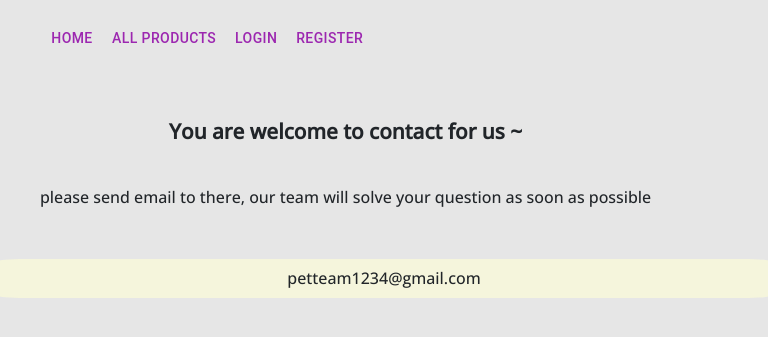
Repository: dzwfighting/pet
Page: /contact
These files come from the project's save history. The page is drawn as it stood at one moment and after the next save; the edit follows.
The browser window is 768 px wide. The pictures show the whole page.
The project was rebuilt for these pictures with package versions that can differ from the ones it lists, and the page was loaded fresh each time. Also part of the build but not shown: src/components/homeComponent.js, src/components/Layout.js, src/components/checkoutComponent.js, src/fake-data/products.js, src/styles/css/cart.css, src/components/ShopCartComponent.js, src/components/productsDetail.js, src/manipulate/checkValid.js and 10 more.

Above is the page before, as saved 2023-08-20 10:22:04.

### src/index.js
import React from "react";
import ReactDOM from "react-dom/client";
import "./index.css";
import App from "./App";
import { Provider } from "react-redux";
import store from "./manipulate/store";
import reportWebVitals from "./reportWebVitals";

const root = ReactDOM.createRoot(document.getElementById("root"));
root.render(
  <Provider store={store}>
    <React.StrictMode>
      <App />
    </React.StrictMode>
  </Provider>
);

// If you want to start measuring performance in your app, pass a function
// to log results (for example: reportWebVitals(console.log))
// or send to an analytics endpoint. Learn more: https://bit.ly/CRA-vitals
reportWebVitals();

### src/App.js
import "./App.css";
import { BrowserRouter, Routes, Route } from "react-router-dom";
import Layout from "./components/Layout";
import Checkout from "./components/checkoutComponent";
import ShopCart from "./components/ShopCartComponent";
import ProductsDetail from "./components/productsDetail";
import Register from "./components/Register";
import Login from "./components/Login";
import Error from "./components/Error";
import Collections from "./components/Collections";
import Contactus from "./components/Contactus";
import Products from "./components/Products";

function App() {
  return (
    <BrowserRouter>
      <Routes>
        <Route path="/" element={<Layout />} />
        <Route path="checkout" element={<Checkout />} />
        <Route path="shopcart" element={<ShopCart />} />
        <Route path="contact" element={<Contactus />} />
        <Route path="products" element={<Products />} />
        <Route path="products/:id" element={<ProductsDetail />} />
        <Route path="register" element={<Register />} />
        <Route path="login" element={<Login />} />
        <Route path="error/:message" element={<Error />} />
        <Route path="collections" element={<Collections />} />
      </Routes>
    </BrowserRouter>
  );
}

export default App;

### src/manipulate/store.js
import { createStore } from "redux";
import rootReducer from "./reducer";

export default createStore(rootReducer);

### src/components/Contactus.js
import React from "react";
import NavComponent from "./navComponent";
import Container from "react-bootstrap/Container";
import Row from "react-bootstrap/Row";
import Col from "react-bootstrap/Col";
import "../styles/css/contact.css";
import cat11 from "../styles/images/cat11-removebg-preview.png";

const Contactus = () => {
  return (
    <div>
      <NavComponent />
      <div className="contactContainerSet">
        <h3>You are welcome to contact for us ~</h3>
        <p>
          please send email to there, our team will solve your question as soon
          as possible
        </p>
        <div className="emailBlock">petteam1234@gmail.com</div>
      </div>
    </div>
  );
};

export default Contactus;

### src/manipulate/reducer.js
import users from "../fake-data/users";

const initialState = {
  curUser: null,
  // cartItems: [],
  // totalQuantity: 0,
  // totalAmount: 0,
  // collectItems: [],
};

const rootReducer = (state = initialState, action) => {
  switch (action.type) {
    case "LOGIN":
      return {
        ...state,
        curUser: action.payload,
      };
    case "LOGOUT":
      return {
        ...state,
        curUser: null,
      };
    case "REGISTER":
      users.push(action.payload);
      return {
        ...state,
        curUser: action.payload,
      };
    // case "ADDCART":
    //   const newItem = action.payload;
    //   const existItem = state.cartItems.find((item) => item.id === newItem.id);
    //   state.totalQuantity++;
    //   if (!existItem) {
    //     state.cartItems.push({
    //       id: newItem.id,
    //       title: newItem.title,
    //       iamge: newItem.image,
    //       price: newItem.price,
    //       quantity: 1,
    //       totalPrice: newItem.price,
    //     });
    //   } else {
    //     existItem.quantity++;
    //     existItem.totalPrice =
    //       Number(existItem.totalPrice) + Number(newItem.price);
    //   }

    //   state.totalAmount = state.cartItems.reduce(
    //     (total, item) => total + Number(item.price) * Number(item.quantity),
    //     0
    //   );
  }
  return state;
};
export default rootReducer;

### src/components/navComponent.js
import React, { useEffect } from "react";
import { Link, useNavigate } from "react-router-dom";
import Button from "@mui/material/Button";
import { useDispatch, useSelector } from "react-redux";
import { logout } from "../manipulate/action";

const NavComponent = () => {
  const curUser = useSelector((state) => state.curUser);
  const dispatch = useDispatch();
  const navigate = useNavigate();

  const handleLogout = () => {
    dispatch(logout());
    navigate("/");
  };

  // console.log(curUser);

  return (
    <div style={{ marginLeft: "40px", marginTop: "20px", marginRight: "40px" }}>
      <Link to="/" style={{ textDecoration: "none" }}>
        <Button color="secondary">Home</Button>
      </Link>

      <Link
        to="/products"
        state={{ category: "all" }}
        style={{ textDecoration: "none" }}
      >
        <Button color="secondary">All Products</Button>
      </Link>
      {curUser ? (
        <Link to="/shopcart" style={{ textDecoration: "none" }}>
          <Button color="secondary">Shop Cart</Button>
        </Link>
      ) : (
        <a />
      )}
      {curUser ? (
        <Link to="/collections" style={{ textDecoration: "none" }}>
          <Button color="secondary">Collections</Button>
        </Link>
      ) : (
        <a />
      )}
      {/* {curUser ? (
        <Link to="/checkout" style={{ textDecoration: "none" }}>
          <Button color="secondary">Check Out </Button>
        </Link>
      ) : (
        <a />
      )} */}
      {curUser ? (
        <Button color="secondary" onClick={handleLogout}>
          Logout
        </Button>
      ) : (
        <Link to="/login" style={{ textDecoration: "none" }}>
          <Button color="secondary">Login</Button>
        </Link>
      )}
      {curUser ? (
        <a />
      ) : (
        <Link to="/register" style={{ textDecoration: "none" }}>
          <Button color="secondary">Register</Button>
        </Link>
      )}
    </div>
  );
};

export default NavComponent;

### src/fake-data/users.js
let users = [
  {
    email: "user1@gmail.com",
    password: "123456",
    collections: ["11"],
    cart: [{ proId: "11", cnt: "2" }],
    uploads: [
      "https://images.unsplash.com/photo-1526336024174-e58f5cdd8e13?ixlib=rb-4.0.3&ixid=M3wxMjA3fDB8MHxwaG90by1wYWdlfHx8fGVufDB8fHx8fA%3D%3D&auto=format&fit=crop&w=1887&q=80",
    ],
  },
  {
    email: "user2@gmail.com",
    password: "123456",
    collections: ["12", "13"],
    cart: [
      { proId: "12", cnt: "1" },
      { proId: "13", cnt: "2" },
    ],
    uploads: [
      "https://images.unsplash.com/photo-1526336024174-e58f5cdd8e13?ixlib=rb-4.0.3&ixid=M3wxMjA3fDB8MHxwaG90by1wYWdlfHx8fGVufDB8fHx8fA%3D%3D&auto=format&fit=crop&w=1887&q=80",
      "https://images.unsplash.com/photo-1542650507-17d51cecbbb5?ixlib=rb-4.0.3&ixid=M3wxMjA3fDB8MHxwaG90by1wYWdlfHx8fGVufDB8fHx8fA%3D%3D&auto=format&fit=crop&w=1942&q=80",
    ],
  },
];

let findUser = (email) => {
  let userIdx = 0;
  for (let i = 0; i < users.length; i++) {
    if (users[i].email === email) {
      userIdx = i;
      break;
    }
  }
  return userIdx;
};

export const findUserData = (email) => {
  let userIdx = findUser(email);
  return users[userIdx];
};

export let addCollect = (email, collect) => {
  let userIdx = findUser(email);

  // console.log("add succes");
  users[userIdx].collections.push(collect);
  console.log(users[userIdx]);
  return users[userIdx];
};

export let deleteCollect = (email, delId) => {
  let userIdx = findUser(email);

  let delIdx = 0;
  for (let i = 0; i < users[userIdx].collections.length; i++) {
    if (users[userIdx].collections[i] === delId) {
      delIdx = i;
      break;
    }
  }

  users[userIdx].collections.splice(delIdx, 1);
  console.log("del success");
  console.log(users[userIdx].collections);
  return users[userIdx];
};

export let addCart = (email, addId) => {
  let userIdx = findUser(email);
  let ifFind = false;
  for (let i = 0; i < users[userIdx].cart.length; i++) {
    if (users[userIdx].cart[i].proId === addId) {
      ifFind = true;
      users[userIdx].cart[i].cnt = (
        Number(users[userIdx].cart[i].cnt) + 1
      ).toString();
      break;
    }
  }

  if (!ifFind) {
    users[userIdx].cart.push({ proId: addId, cnt: "1" });
  }
  console.log(users[userIdx]);
  return users[userIdx];
};

export const delCart = (email, delId) => {
  let userIdx = findUser(email);
  for (let i = 0; i < users[userIdx].cart.length; i++) {
    if (users[userIdx].cart[i].proId === delId) {
      users[userIdx].cart.splice(i, 1);
      break;
    }
  }
  console.log(users[userIdx]);
  return users[userIdx];
};

export const delOnePro = (email, delId) => {
  let userIdx = findUser(email);
  console.log(delId);
  console.log(users[userIdx]);
  for (let i = 0; i < users[userIdx].cart.length; i++) {
    if (users[userIdx].cart[i].proId === delId) {
      console.log("start delete");
      let delOne = Number(users[userIdx].cart[i].cnt) - 1;
      console.log(delOne);
      if (delOne == 0) {
        delCart(email, delId);
        break;
      } else {
        users[userIdx].cart[i].cnt = delOne.toString();
        break;
      }
    }
  }
  console.log(users[userIdx]);
  return users[userIdx];
};
export default users;

### src/styles/css/prodetail.css
@import url("https://fonts.googleapis.com/css2?family=Open+Sans:wght@500&display=swap");
.detailcard {
  display: flex;
  position: relative;
  font-family: "Open Sans", sans-serif;
  width: 100vw;
  left: 1vw;
  right: 1vw;
}
.detailcardimg {
  width: 25vw;
  height: 40vw;
}
.detailcontent {
  width: 66vw;
}
.detailcontent h2 {
  margin-bottom: 1vw;
}
.detailcontent p {
  margin-left: 1vw;
  text-align: left;
  padding-right: 1vw;
  padding-bottom: 1vw;
  width: 66vw;
  font-size: 1rem;
}

@media screen and (min-width: 1105px) {
  .detailcardimg {
    width: 300px;
    height: 380px;
  }
  .detailfinalBtn {
    margin-top: -5px;
  }
}

@media screen and (min-width: 917px) and (max-width: 1105px) {
  .detailcardimg {
    width: 28vw;
    height: 450px;
  }
  .detailcontent {
    width: 27vw;
  }
  .detailcontent h2 {
    font-size: 1rem;
  }
  .detailcontent p {
    font-size: 0.8rem;
  }
  .detailfinalBtn {
    margin-top: 5px;
  }
}

@media screen and (min-width: 771px) and (max-width: 917px) {
  /* .detailcardimg {
    width: 28vw;
    height: 45vw;
  } */
  .detailcontent h2 {
    margin-bottom: 5px;
    font-size: 1rem;
  }
  .detailcontent p {
    margin-left: 5px;
    padding-right: 5px;
    padding-bottom: 0px;
    width: 66vw;
    font-size: 0.7rem;
  }
}
@media screen and (min-width: 615px) and (max-width: 771px) {
  .detailcardimg {
    width: 20vw;
    height: 30vw;
  }
  .detailcontent h2 {
    margin-bottom: 5px;
    font-size: 0.9rem;
  }
  .detailcontent p {
    margin-left: 5px;
    padding-right: 0;
    padding-bottom: 0px;
    width: 66vw;
    font-size: 0.5rem;
  }
}
@media screen and (min-width: 480px) and (max-width: 615px) {
  .detailcard {
    display: block;
  }
  .detailcardimg {
    position: relative;
    left: 2%;
    width: 25vw;
    height: 35vw;
  }
  .detailcontent {
    width: 95vw;
  }
  .detailcontent h2 {
    width: 95vw;
    margin-left: 0;
    margin-bottom: 2px;
    font-size: 0.9rem;
  }
  .detailcontent p {
    margin-left: 2px;
    padding-right: 0;
    padding-bottom: 0px;
    width: 90vw;
    font-size: 0.7rem;
  }
  .detailfinalBtn {
    font-size: 0.7rem;
  }
}
@media screen and (min-width: 200px) and (max-width: 480px) {
  .detailcard {
    display: block;
  }
  .detailcardimg {
    position: relative;
    left: 2%;
    width: 25vw;
    height: 35vw;
  }
  .detailcontent {
    width: 95vw;
  }
  .detailcontent h2 {
    width: 90vw;
    margin-left: 0;
    margin-bottom: 2px;
    font-size: 0.9rem;
  }
  .detailcontent p {
    margin-left: 2px;
    padding-right: 0;
    padding-bottom: 0px;
    width: 90vw;

    font-size: 0.7rem;
  }
  .detailfinalBtn {
    font-size: 0.7rem;
  }
}

### src/manipulate/action.js
export const login = (user) => ({
  type: "LOGIN",
  payload: user,
});

export const logout = () => ({
  type: "LOGOUT",
});

export const register = (newUser) => ({
  type: "REGISTER",
  payload: newUser,
});

// export const addToCart = (item) => ({
//   type: "ADDTOCART",
//   payload: item,
// });

// export const deleteFromCard = (item) => ({
//   typeof: "DELETEFROMCART",
//   payload: item,
// });

// export const addToCollect = (item) => ({
//   type: "ADDTOCOLLECT",
//   payload: item,
// });

// export const deleteFromColllect = (item) => ({
//   type: "DELETEFROMCOLLECT",
//   payload: item,
// });

### src/styles/css/login.css
@import url("https://fonts.googleapis.com/css2?family=Open+Sans:wght@500&display=swap");
.formSet {
  display: flex;
  margin-left: 5%;
  align-items: center;
  font-family: "Open Sans", sans-serif;
}
.lableSet {
  font-size: 2rem;
}

.inputSet {
  font-size: 1rem;
  width: 800px;
}

.loginbtnSet {
  align-items: center;
  justify-content: center;
  width: 100px;
  height: 40px;
  /* font-size: 1.1rem; */
}
.pSet {
  font-size: 1.2rem;
}

@media screen and (min-width: 1025px) {
  .formSet {
    display: flex;
    margin-left: 5%;
    align-items: center;
    font-family: "Open Sans", sans-serif;
  }
  .lableSet {
    font-size: 2rem;
  }

  .inputSet {
    text-align: left;
    font-size: 1rem;
    width: 600px !important;
  }
  .loginbtnSet {
    height: 35px !important;
  }

  .regSet {
    width: 100px !important;
    padding-top: 6px;
    height: 37px !important;
  }
  .loginbtnSet p {
    width: 70px;
  }
  .pSet {
    font-size: 1.2rem !important;
  }
}
@media screen and (min-width: 769px) and (max-width: 1024px) {
  .formSet {
    display: flex;
    margin-left: 5%;
    align-items: center;
    font-family: "Open Sans", sans-serif;
  }
  .lableSet {
    font-size: 1.5rem;
  }
  .inputSet {
    font-size: 0.9rem !important;
    width: 700px !important;
  }
  .loginbtnSet {
    width: 65px;
    height: 38px;
    font-size: 0.9rem;
  }

  .regSet {
    width: 80px;
    padding-left: 6px;
    height: 38px;
  }
  .regSet p {
    margin-left: 2px;
    font-size: 0.9rem;
  }
  .pSet {
    font-size: 1rem;
  }
}
@media screen and (min-width: 481px) and (max-width: 768px) {
  .formSet {
    display: flex;
    margin-left: 5%;
    align-items: center;
    font-family: "Open Sans", sans-serif;
  }
  .lableSet {
    font-size: 1.5rem;
  }
  .inputSet {
    font-size: 0.9rem !important;
    width: 700px !important;
  }
  .loginbtnSet {
    width: 70px;
    /* padding-top: 1px;
    padding-left: 21px; */
    height: 38px;
    font-size: 0.9rem;
  }
  .regSet {
    width: 88px;
    /* padding-top: 2px;
    padding-left: 25px; */
    height: 37px;
    font-size: 0.9rem;
  }
}
@media screen and (max-width: 481px) {
  .formSet {
    display: flex;
    margin-left: 5%;
    align-items: center;
    font-family: "Open Sans", sans-serif;
    margin-top: 50px !important;
  }
  .lableSet {
    font-size: 1rem;
  }
  .inputSet {
    font-size: 0.8rem;
    width: 200px;
    height: 40px;
  }
  .loginbtnSet {
    align-items: center;
    justify-content: center;
    width: 56px;
    height: 28px;
    font-size: 0.7rem;
  }
  .pSet {
    font-size: 0.8rem;
  }
  .regSet {
    width: 66px;
    /* padding-left: 16px; */
    height: 30px;
    font-size: 0.7rem;
  }
}

### src/styles/css/contact.css
@import url("https://fonts.googleapis.com/css2?family=Open+Sans:wght@500&display=swap");
.contactContainerSet h3 {
  display: flex;
  justify-content: center;
  align-items: center;
  font-family: "Open Sans", sans-serif;
  margin-top: 9%;
  font-size: 2rem;
  font-weight: 900;
}
.contactContainerSet p {
  text-align: center;
  font-family: "Open Sans", sans-serif;
  margin-top: 6%;
  font-size: 1.5rem;
}

.emailBlock {
  display: flex;
  align-items: center;
  text-align: center;
  justify-content: center;
  font-family: "Open Sans", sans-serif;
  width: 100vw;
  height: 5vw;
  background-color: beige;
  border-radius: 4%;
  font-size: 1.5rem;
  margin-top: 50px;
}

@media screen and (min-width: 769px) and (max-width: 1024px) {
  .contactContainerSet p {
    font-size: 1.2rem;
  }
  .emailBlock {
    font-size: 1.2rem;
  }
}
@media screen and (min-width: 481px) and (max-width: 768px) {
  .contactContainerSet h3 {
    font-size: 1.3rem;
  }

  .contactContainerSet {
    width: 90vw;
  }
  .contactContainerSet p {
    font-size: 1rem;
  }
  .emailBlock {
    font-size: 1rem;
  }
}
@media screen and (max-width: 480px) {
  .contactContainerSet h3 {
    font-size: 1.3rem;
  }

  .contactContainerSet p {
    font-size: 1rem;
  }
  .emailBlock {
    font-size: 1rem;
  }
}

### src/styles/css/categories.css
@import url("https://fonts.googleapis.com/css2?family=Open+Sans:wght@500&display=swap");
.cardSet {
  /* margin-left: -18%; */
  position: relative;

  font-family: "Open Sans", sans-serif !important;
  /* margin-right: -20% */
}
.cSet {
  position: relative;
  right: 10%;

  /* width: 100vw; */
  justify-content: center;
}
.imgSet {
  width: 100vw !important;
}
.linkFont {
  font-size: 1.5em;
  margin-top: -50px;
}

@media screen and (min-width: 1025px) {
}
@media screen and (min-width: 769px) and (max-width: 1024px) {
  .cardSet {
    display: flex !important;
    align-items: center !important;
    justify-content: center !important;
    text-align: center !important;
    /* margin-left: -18%; */
  }
  .linkFont {
    font-size: 1.2em;
    margin-top: -50px;
  }
  .imgSet {
    width: 701px !important;
  }
}
@media screen and (min-width: 481px) and (max-width: 768px) {
  .cardSet {
    display: flex !important;
    align-items: center !important;
    justify-content: center !important;
    text-align: center !important;
    margin-left: -16%;
    /* margin-right: -20% */
  }
  .linkFont {
    font-size: 1.2em;
    margin-top: 1px !important;
  }

  .imgSet {
    width: 401px !important;
  }
}
@media screen and (max-width: 480px) {
  .cardSet {
    display: flex !important;
    align-items: center !important;
    justify-content: center !important;
    text-align: center !important;
  }
  .imgSet {
    width: 310px !important;
  }
  .linkFont {
    font-size: 1em;
    margin-top: 10px;
  }
}

Loaded but not shown: public/index.html (common file); src/index.css (common file); src/reportWebVitals.js (common file); src/App.css (common file); src/styles/allproducts.css (no stored copy; drawn as an empty file)

After the next save:
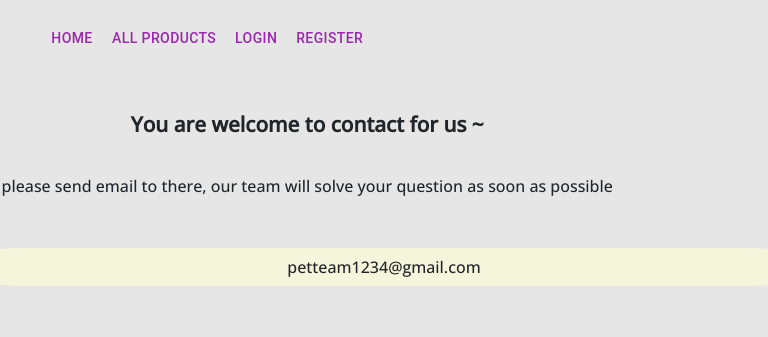
Saved 13 s later.
--- a/src/styles/css/contact.css
+++ b/src/styles/css/contact.css
@@ -43,7 +43,7 @@
   }
 
   .contactContainerSet {
-    width: 90vw;
+    width: 80vw;
   }
   .contactContainerSet p {
     font-size: 1rem;
